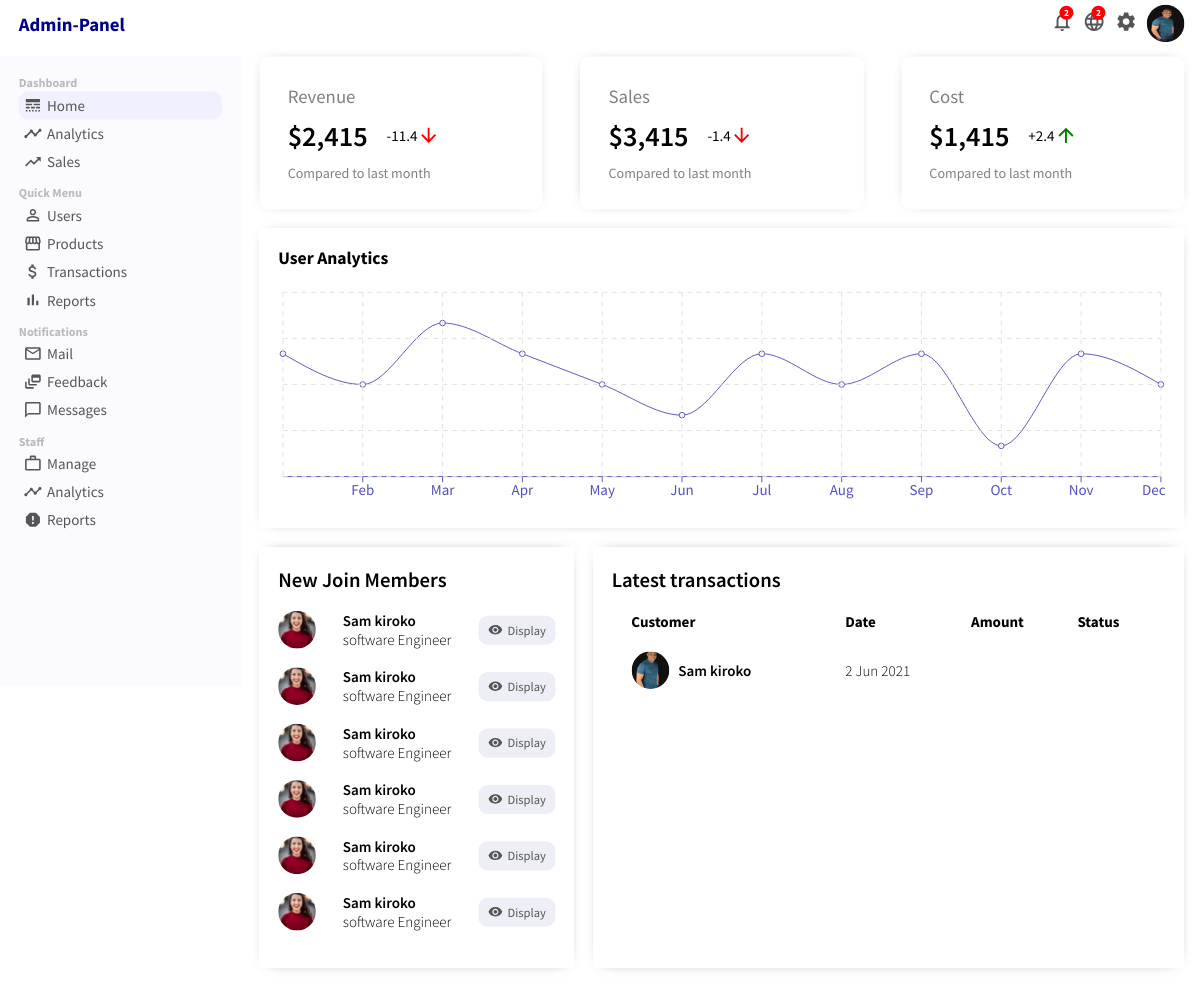
Repository: Samkiroko/admin-panel-ui
Page: /newUser
An editor plug-in stored every save of this project. The page is shown before and after the next save, followed by the edit.
The browser window is 1280 px wide. The pictures show the whole page, at 94% of full size.
The project was rebuilt for these pictures with package versions that can differ from the ones it lists, and the page was loaded fresh each time.

Above is the page before, as saved 2021-09-22 22:18:12.

After the next save:
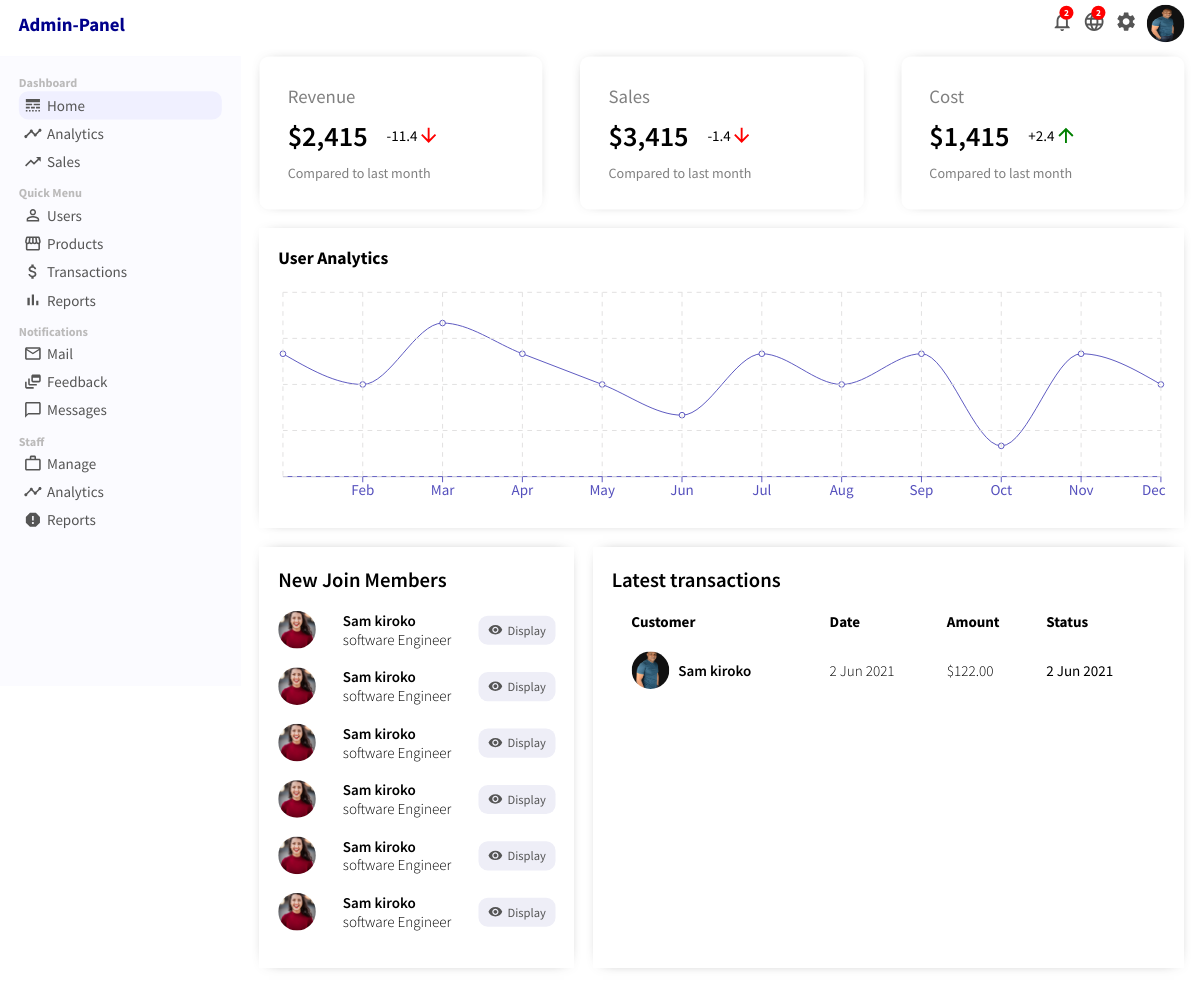
Saved 42 s later.
--- a/src/components/widgetLg/WidgetLg.js
+++ b/src/components/widgetLg/WidgetLg.js
@@ -23,6 +23,8 @@ const WidgetLg = () => {
             <span className='widgetLgName'>Sam kiroko</span>
           </td>
           <td className='widgetLgDate'>2 Jun 2021</td>
+          <td className='widgetLgAmount'>$122.00</td>
+          <td className='widgetLgStatus'>2 Jun 2021</td>
         </tr>
       </table>
     </div>
